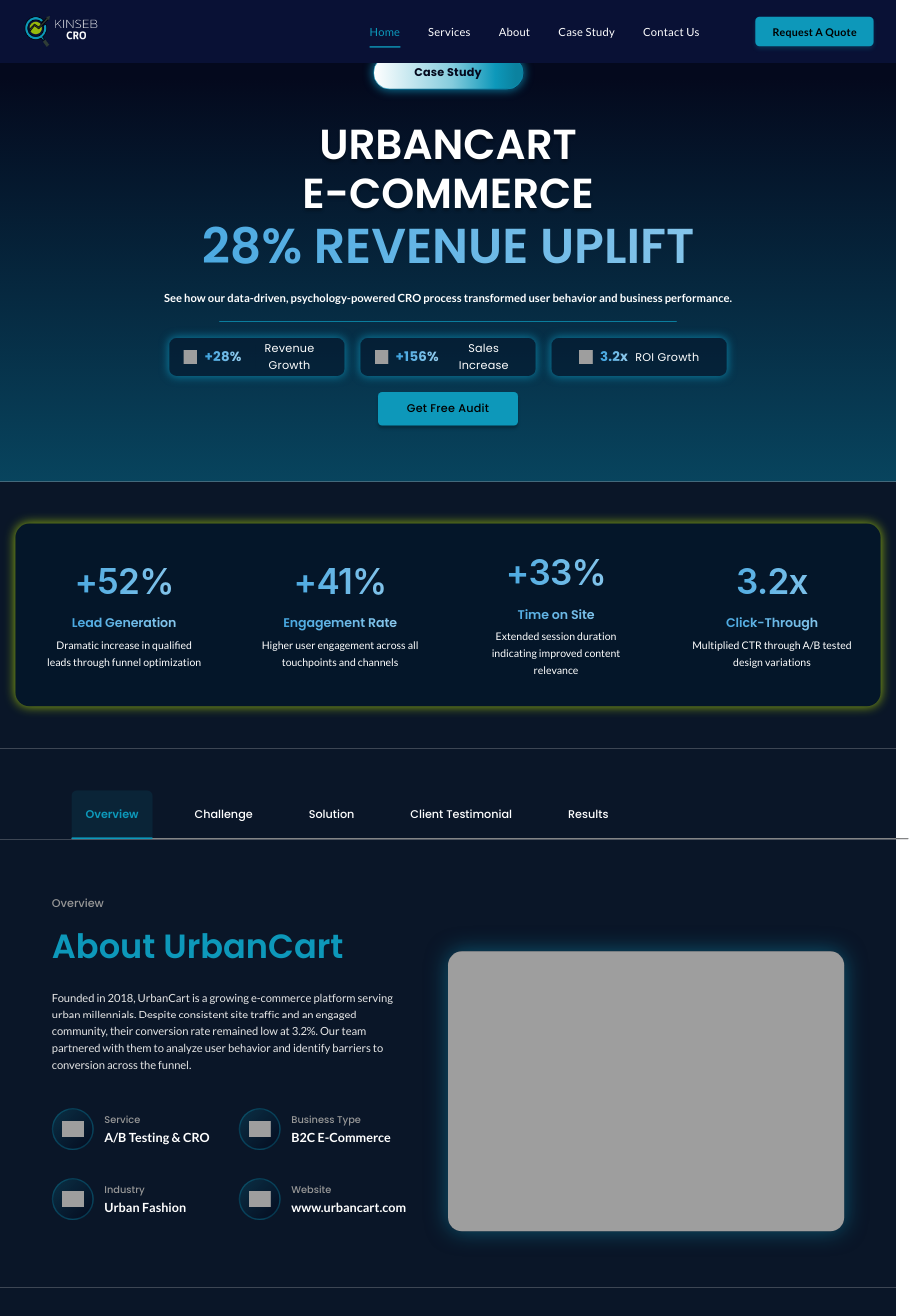
Repository: YahyaK01/kinseb
Page: /case-study/e-commerce-revenue-uplift-through-testing
These files come from the project's save history. The page is drawn as it stood at one moment and after the next save; the edit follows.
The browser window is 1280 px wide. The page is 1298 px wide, so the pictures cover 1298 px, including what lies to the right of the window. The pictures show the part of the page from y = 0 to 1880 px (the page is 8309 px tall before and 8239 px after), at 70% of full size.
Pictures or frames that could not be fetched are drawn as grey boxes. The project was rebuilt for these pictures with package versions that can differ from the ones it lists, and the page was loaded fresh each time. Also part of the build but not shown: src/components/FAQ.js, src/components/CTA.jsx, src/components/MetricsSection.jsx, src/components/WhyCROMatter.jsx, src/components/Processsection.jsx, src/components/Hero.jsx, src/components/marquee.jsx, src/components/CEO.jsx and 27 more.

Above is the page before, as saved 2025-12-12 23:21:47.

### public/index.html
<!DOCTYPE html>
<html lang="en">
  <head>
    <meta charset="utf-8" />
    <link rel="icon" href="/images/website-logo.png" />
    <meta name="viewport" content="width=device-width, initial-scale=1" />
    <meta name="theme-color" content="#000000" />
    <meta
      name="description"
      content="Kinseb CRO - Your trusted partner for Conversion Rate Optimization. We specialize in data-driven CRO strategies, A/B testing, user experience optimization, and conversion funnel analysis to maximize your website's performance and ROI."
    />
    <meta name="keywords" content="conversion rate optimization, CRO services, A/B testing, conversion funnel optimization, user experience optimization, website optimization, Kinseb CRO, landing page optimization, conversion strategy, increase conversions" />
    <meta name="author" content="Kinseb CRO" />
    <meta property="og:title" content="Kinseb CRO - Conversion Rate Optimization Experts" />
    <meta property="og:description" content="Your trusted partner for data-driven Conversion Rate Optimization. We help businesses maximize their website conversions through strategic testing and optimization." />
    <meta property="og:image" content="/images/website-logo.png" />
    <meta property="og:type" content="website" />
    <meta name="twitter:card" content="summary_large_image" />
    <meta name="twitter:title" content="Kinseb CRO - Conversion Rate Optimization Experts" />
    <meta name="twitter:description" content="Your trusted partner for data-driven Conversion Rate Optimization. Turn more visitors into customers with strategic testing and optimization." />
    <meta name="twitter:image" content="/images/logo.png" />
    <link rel="apple-touch-icon" href="/images/logo.png" />

    <!-- Preconnect to Google Fonts (speeds up font loading) -->
    <link rel="preconnect" href="https://fonts.googleapis.com">
    <link rel="preconnect" href="https://fonts.gstatic.com" crossorigin>

    <!-- Async load fonts (non-blocking - won't delay page render) -->
    <link rel="preload" as="style" href="https://fonts.googleapis.com/css2?family=Poppins:wght@300;400;500;600;700&display=swap" onload="this.onload=null;this.rel='stylesheet'">
    <link rel="preload" as="style" href="https://fonts.googleapis.com/css2?family=Lato:wght@100;300;400;700;900&display=swap" onload="this.onload=null;this.rel='stylesheet'">

    <!-- Fallback for browsers without JavaScript -->
    <noscript>
      <link rel="stylesheet" href="https://fonts.googleapis.com/css2?family=Poppins:wght@300;400;500;600;700&display=swap">
      <link rel="stylesheet" href="https://fonts.googleapis.com/css2?family=Lato:wght@100;300;400;700;900&display=swap">
    </noscript>

    <!--
      manifest.json provides metadata used when your web app is installed on a
      user's mobile device or desktop. See https://developers.google.com/web/fundamentals/web-app-manifest/
    -->
    <link rel="manifest" href="%PUBLIC_URL%/manifest.json" />
    <!--
      Notice the use of %PUBLIC_URL% in the tags above.
      It will be replaced with the URL of the `public` folder during the build.
      Only files inside the `public` folder can be referenced from the HTML.

      Unlike "/favicon.ico" or "favicon.ico", "%PUBLIC_URL%/favicon.ico" will
      work correctly both with client-side routing and a non-root public URL.
      Learn how to configure a non-root public URL by running `npm run build`.
    -->
    <title>Kinseb CRO - Conversion Rate Optimization Experts</title>
  </head>
  <body>
    <noscript>You need to enable JavaScript to run this app.</noscript>
    <div id="root"></div>
    <!--
      This HTML file is a template.
      If you open it directly in the browser, you will see an empty page.

      You can add webfonts, meta tags, or analytics to this file.
      The build step will place the bundled scripts into the <body> tag.

      To begin the development, run `npm start` or `yarn start`.
      To create a production bundle, use `npm run build` or `yarn build`.
    -->
  </body>
</html>

### src/components/CaseStudyHero.jsx
// components/CaseStudyHero.jsx
import React, { useState, useEffect, useRef } from 'react';

const CaseStudyHero = ({ slug }) => {
  const [windowWidth, setWindowWidth] = useState(window.innerWidth);
  const [isLoaded, setIsLoaded] = useState(false);
  const heroRef = useRef(null);

  const heroData = {
    'personalization-engine-transforms-user-experience': {
      category: 'Case Study',
      titleLine1: 'PERSONALIZATION ENGINE',
      titleLine2: 'USER EXPERIENCE',
      titleHighlight: '37% CONVERSION RATE',
      subtitle: 'See how our data-driven, psychology-powered CRO process transformed user behavior and business performance.',
      metrics: [
        { value: '+37%', label: 'CVR Increase', icon: 'images/icons/chart-icon.png' },
        { value: '+156%', label: 'Revenue Growth', icon: 'images/icons/chart-icon.png' },
        { value: '2.3x', label: 'User Engagement', icon: 'images/icons/chart-icon.png' }
      ]
    },
    'e-commerce-revenue-uplift-through-testing': {
      category: 'Case Study',
      titleLine1: 'URBANCART',
      titleLine2: 'E-COMMERCE',
      titleHighlight: '28% REVENUE UPLIFT',
      subtitle: 'See how our data-driven, psychology-powered CRO process transformed user behavior and business performance.',
      metrics: [
        { value: '+28%', label: 'Revenue Growth', icon: 'images/icons/chart-icon.png' },
        { value: '+156%', label: 'Sales Increase', icon: 'images/icons/chart-icon.png' },
        { value: '3.2x', label: 'ROI Growth', icon: 'images/icons/chart-icon.png' }
      ]
    },
    'saas-lead-generation-conversion-breakthrough': {
      category: 'Case Study',
      titleLine1: 'SAAS LEAD',
      titleLine2: 'GENERATION',
      titleHighlight: '3X CONVERSION BREAKTHROUGH',
      subtitle: 'See how our data-driven, psychology-powered CRO process transformed user behavior and business performance.',
      metrics: [
        { value: '3x', label: 'Lead Generation', icon: 'images/icons/chart-icon.png' },
        { value: '+214%', label: 'Form Conversion', icon: 'images/icons/chart-icon.png' },
        { value: '-47%', label: 'Cost Per Lead', icon: 'images/icons/chart-icon.png' }
      ]
    },
    'fashion-retailer-cart-abandonment-solution': {
      category: 'Case Study',
      titleLine1: 'FASHION',
      titleLine2: 'RETAILER',
      titleHighlight: 'CART ABANDONMENT SOLUTION',
      subtitle: 'See how our data-driven, psychology-powered CRO process transformed user behavior and business performance.',
      metrics: [
        { value: '-68%', label: 'Cart Abandonment', icon: 'images/icons/chart-icon.png' },
        { value: '+42%', label: 'Checkout Complete', icon: 'images/icons/chart-icon.png' },
        { value: '$2.3M', label: 'Revenue Recovered', icon: 'images/icons/chart-icon.png' }
      ]
    },
    'mobile-app-engagement-revolution': {
      category: 'Case Study',
      titleLine1: 'MOBILE',
      titleLine2: 'APP',
      titleHighlight: 'ENGAGEMENT REVOLUTION',
      subtitle: 'See how our data-driven, psychology-powered CRO process transformed user behavior and business performance.',
      metrics: [
        { value: '2.3x', label: 'User Retention', icon: 'images/icons/chart-icon.png' },
        { value: '+128%', label: '30-Day Retention', icon: 'images/icons/chart-icon.png' },
        { value: '+141%', label: 'Daily Active Users', icon: 'images/icons/chart-icon.png' }
      ]
    },
    'enterprise-pipeline-growth-strategy': {
      category: 'Case Study',
      titleLine1: 'ENTERPRISE',
      titleLine2: 'PIPELINE',
      titleHighlight: '+179% GROWTH STRATEGY',
      subtitle: 'See how our data-driven, psychology-powered CRO process transformed user behavior and business performance.',
      metrics: [
        { value: '+179%', label: 'Pipeline Growth', icon: 'images/icons/chart-icon.png' },
        { value: '-25%', label: 'Sales Cycle', icon: 'images/icons/chart-icon.png' },
        { value: '+35%', label: 'Close Rate', icon: 'images/icons/chart-icon.png' }
      ]
    }
  };

  const data = heroData[slug] || heroData['e-commerce-revenue-uplift-through-testing'];

  useEffect(() => {
    const handleResize = () => {
      setWindowWidth(window.innerWidth);
    };
    window.addEventListener('resize', handleResize);
    return () => window.removeEventListener('resize', handleResize);
  }, []);

  useEffect(() => {
    const observer = new IntersectionObserver(
      (entries) => {
        entries.forEach((entry) => {
          if (entry.isIntersecting) {
            setIsLoaded(true);
          }
        });
      },
      { threshold: 0.1 }
    );

    if (heroRef.current) {
      observer.observe(heroRef.current);
    }

    return () => {
      if (heroRef.current) {
        observer.unobserve(heroRef.current);
      }
    };
  }, []);

  return (
    <div
      ref={heroRef}
      style={{
        width: '100%',
        minHeight: windowWidth <= 768 ? '600px' : '616px',
        background: 'linear-gradient(180deg, #04091D 16.18%, #0D98BA 219.08%)',
        display: 'flex',
        justifyContent: 'center',
        alignItems: 'center',
        padding: windowWidth <= 768 ? '60px 20px' : '80px 40px',
        position: 'relative',
        overflow: 'hidden'
      }}
    >
      {/* Main Content Container */}
      <div style={{
        display: 'flex',
        flexDirection: 'column',
        justifyContent: 'center',
        alignItems: 'center',
        padding: '0px',
        gap: '23px',
        width: '100%',
        maxWidth: '1400px',
        opacity: isLoaded ? 1 : 0,
        transform: isLoaded ? 'translateY(0)' : 'translateY(30px)',
        transition: 'opacity 0.8s ease-out, transform 0.8s ease-out'
      }}
      >
        {/* Case Study Badge - Positioned Lower */}
        <div style={{
          boxSizing: 'border-box',
          display: 'flex',
          justifyContent: 'center',
          alignItems: 'center',
          padding: '10px 24px',
          width: windowWidth <= 768 ? '180px' : '215px',
          height: '48px',
          background: 'linear-gradient(90deg, #FFFFFF 0%, #85CCDD 52.41%, #0D98BA 81.55%, #0B829F 95.26%)',
          border: '1px solid #0D94BB',
          boxShadow: '0px 0px 12px 2px rgba(13, 148, 187, 0.7)',
          borderRadius: '25px',
          cursor: 'default',
          opacity: isLoaded ? 1 : 0,
          transition: 'opacity 0.8s ease-out 0.2s',
          marginBottom: '20px'
        }}>
          <span style={{
            fontFamily: "'Poppins', sans-serif",
            fontWeight: 700,
            fontSize: '16px',
            lineHeight: '24px',
            letterSpacing: '0.02em',
            color: '#04091D'
          }}>
            {data.category}
          </span>
        </div>

        {/* Main Title - TWO Lines */}
        <div style={{
          width: '100%',
          display: 'flex',
          flexDirection: 'column',
          alignItems: 'center',
          gap: '0px',
          opacity: isLoaded ? 1 : 0,
          transition: 'opacity 0.8s ease-out 0.3s'
        }}>
          {/* First Line - White Text */}
          <h1 style={{
            width: '100%',
            fontFamily: "'Poppins', sans-serif",
            fontWeight: 600,
            fontSize: windowWidth <= 768 ? '28px' : windowWidth <= 1024 ? '45px' : '60px',
            lineHeight: windowWidth <= 768 ? '36px' : windowWidth <= 1024 ? '55px' : '70px',
            textAlign: 'center',
            textTransform: 'uppercase',
            color: '#FFFFFF',
            textShadow: '0px 4px 4px rgba(0, 0, 0, 0.25)',
            margin: 0
          }}>
            {data.titleLine1}
          </h1>

          {/* Second Line - White Text */}
          <h1 style={{
            width: '100%',
            fontFamily: "'Poppins', sans-serif",
            fontWeight: 600,
            fontSize: windowWidth <= 768 ? '28px' : windowWidth <= 1024 ? '45px' : '60px',
            lineHeight: windowWidth <= 768 ? '36px' : windowWidth <= 1024 ? '55px' : '70px',
            textAlign: 'center',
            textTransform: 'uppercase',
            color: '#FFFFFF',
            textShadow: '0px 4px 4px rgba(0, 0, 0, 0.25)',
            margin: 0
          }}>
            {data.titleLine2}
          </h1>

          {/* Third Line - Gradient Text */}
          <h2 style={{
            width: '100%',
            fontFamily: "'Poppins', sans-serif",
            fontWeight: 600,
            fontSize: windowWidth <= 768 ? '32px' : windowWidth <= 1024 ? '50px' : '70px',
            lineHeight: windowWidth <= 768 ? '40px' : windowWidth <= 1024 ? '60px' : '80px',
            textAlign: 'center',
            textTransform: 'uppercase',
            background: 'linear-gradient(263.69deg, #FFFFFF -108.11%, #3AA1DE 98.19%)',
            WebkitBackgroundClip: 'text',
            WebkitTextFillColor: 'transparent',
            backgroundClip: 'text',
            textShadow: 'none',
            margin: 0
          }}>
            {data.titleHighlight}
          </h2>
        </div>

        {/* Subtitle */}
        <p style={{
          width: '100%',
          maxWidth: '862px',
          fontFamily: "'Lato', sans-serif",
          fontWeight: 600,
          fontSize: windowWidth <= 768 ? '14px' : '16px',
          lineHeight: '22px',
          textAlign: 'center',
          color: '#FFFFFF',
          margin: 0,
          opacity: isLoaded ? 1 : 0,
          transition: 'opacity 0.8s ease-out 0.4s'
        }}>
          {data.subtitle}
        </p>

        {/* Divider Line */}
        <div style={{
          width: windowWidth <= 768 ? '80%' : '654px',
          height: '1px',
          background: '#0D98BA',
          borderRadius: '10px',
          opacity: isLoaded ? 1 : 0,
          transition: 'opacity 0.8s ease-out 0.5s'
        }} />

        {/* Metrics Cards - Frame 1160445415 */}
        <div style={{
          display: 'flex',
          flexDirection: windowWidth <= 768 ? 'column' : 'row',
          alignItems: 'flex-start',
          padding: '0px',
          gap: '23px',
          width: windowWidth <= 768 ? '100%' : '796px',
          maxWidth: '796px',
          height: windowWidth <= 768 ? 'auto' : '54px'
        }}>
          {data.metrics.map((metric, index) => (
            <div
              key={index}
              style={{
                display: 'flex',
                flexDirection: 'row',
                justifyContent: 'center',
                alignItems: 'center',
                padding: '15px 20px',
                gap: '10px',
                width: windowWidth <= 768 ? '100%' : '250px',
                height: '54px',
                background: 'rgba(4, 9, 29, 0.4)',
                boxShadow: '0px 0px 12px 2px rgba(13, 148, 187, 0.7)',
                borderRadius: '10px',
                opacity: isLoaded ? 1 : 0,
                transform: isLoaded ? 'translateY(0)' : 'translateY(20px)',
                transition: `opacity 0.8s ease-out ${0.6 + index * 0.1}s, transform 0.8s ease-out ${0.6 + index * 0.1}s`
              }}
            >
              {/* Icon and Value Container - Frame 1160445390 */}
              <div style={{
                display: 'flex',
                flexDirection: 'row',
                justifyContent: 'center',
                alignItems: 'center',
                padding: '0px',
                gap: '10px'
              }}>
                {/* Combo Chart Icon */}
                <img
                  src={metric.icon}
                  alt="Chart"
                  style={{
                    width: '20px',
                    height: '20px'
                  }}
                  onError={(e) => {
                    e.currentTarget.style.display = 'none';
                  }}
                />

                {/* Value with Gradient */}
                <span style={{
                  fontFamily: "'Poppins', sans-serif",
                  fontWeight: 700,
                  fontSize: '19px',
                  lineHeight: '28px',
                  display: 'flex',
                  alignItems: 'center',
                  letterSpacing: '0.02em',
                  background: 'linear-gradient(263.69deg, #FFFFFF -108.11%, #3AA1DE 98.19%)',
                  WebkitBackgroundClip: 'text',
                  WebkitTextFillColor: 'transparent',
                  backgroundClip: 'text'
                }}>
                  {metric.value}
                </span>
              </div>

              {/* Label */}
              <span style={{
                fontFamily: "'Poppins', sans-serif",
                fontWeight: 400,
                fontSize: '16px',
                lineHeight: '24px',
                textAlign: 'center',
                letterSpacing: '0.02em',
                color: '#FFFFFF'
              }}>
                {metric.label}
              </span>
            </div>
          ))}
        </div>

        {/* Get Free Audit Button */}
        <button
          onClick={() => window.scrollTo({ top: document.body.scrollHeight, behavior: 'smooth' })}
          style={{
            display: 'flex',
            flexDirection: 'row',
            justifyContent: 'center',
            alignItems: 'center',
            padding: '10px 24px',
            gap: '10px',
            width: windowWidth <= 768 ? '180px' : '200px',
            height: '48px',
            background: '#0D98BA',
            boxShadow: '0px 4px 4px rgba(0, 0, 0, 0.25)',
            borderRadius: '6px',
            border: 'none',
            cursor: 'pointer',
            transition: 'all 0.3s ease',
            opacity: isLoaded ? 1 : 0,
            transform: isLoaded ? 'translateY(0)' : 'translateY(20px)'
          }}
          onMouseEnter={(e) => {
            e.currentTarget.style.background = '#0B7A94';
            e.currentTarget.style.transform = 'translateY(-2px)';
            e.currentTarget.style.boxShadow = '0px 6px 8px rgba(0, 0, 0, 0.3)';
          }}
          onMouseLeave={(e) => {
            e.currentTarget.style.background = '#0D98BA';
            e.currentTarget.style.transform = 'translateY(0)';
            e.currentTarget.style.boxShadow = '0px 4px 4px rgba(0, 0, 0, 0.25)';
          }}
        >
          <span style={{
            fontFamily: "'Poppins', sans-serif",
            fontWeight: 500,
            fontSize: '16px',
            lineHeight: '24px',
            letterSpacing: '0.02em',
            color: '#000000'
          }}>
            Get Free Audit
          </span>
        </button>
      </div>
    </div>
  );
};

export default CaseStudyHero;

Loaded but not shown: src/index.js (common file); src/index.css (common file); src/reportWebVitals.js (common file); src/components/Footer.js (596 lines, source omitted); src/Pages/CaseStudyDetaiPage.js (39 lines, source omitted); src/App.js (29 lines, source omitted); src/utils/slugify.js (17 lines, source omitted); src/components/Navbar.jsx (1589 lines, source omitted); src/components/ContactForm.jsx (880 lines, source omitted); src/components/CaseStudySections/ResultsSection.jsx (231 lines, source omitted); src/components/CaseStudySections/SolutionSection.jsx (437 lines, source omitted); src/components/CaseStudySections/MoreCaseStudies.jsx (508 lines, source omitted); src/components/CaseStudySections/ChallengeSection.jsx (293 lines, source omitted); src/components/CaseStudySections/OverviewSection.jsx (392 lines, source omitted); src/components/CaseStudySections/ImplementationSection.jsx (332 lines, source omitted); src/components/CaseStudyOutcomes.jsx (382 lines, source omitted); src/components/MetricsSection .jsx (384 lines, source omitted); src/components/CaseStudyTabs.jsx (153 lines, source omitted)

After the next save:
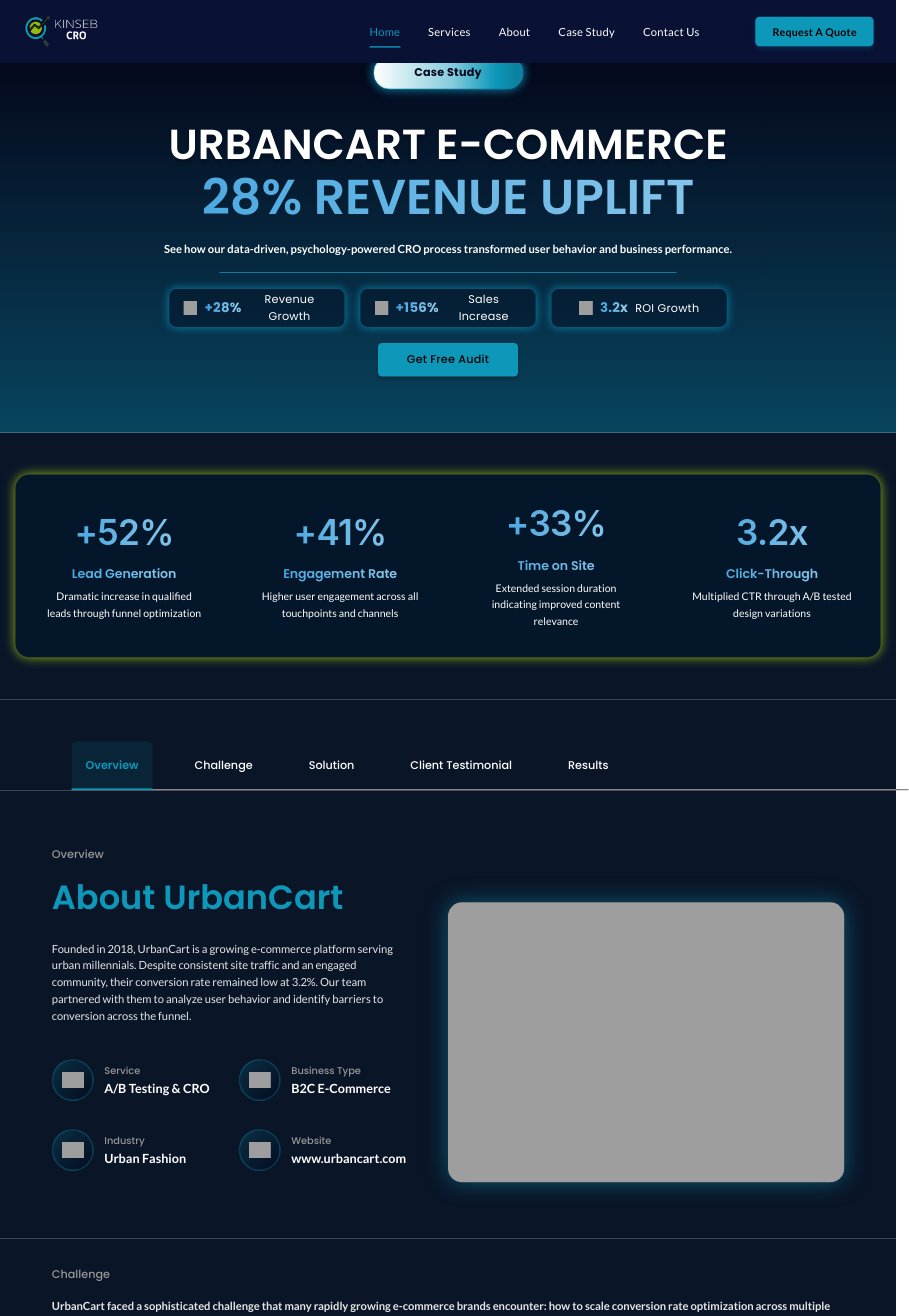
Saved 12 min 20 s later.
--- a/src/components/CaseStudyHero.jsx
+++ b/src/components/CaseStudyHero.jsx
@@ -184,7 +184,7 @@
           opacity: isLoaded ? 1 : 0,
           transition: 'opacity 0.8s ease-out 0.3s'
         }}>
-          {/* First Line - White Text */}
+          {/* First Line - Combined White Text */}
           <h1 style={{
             width: '100%',
             fontFamily: "'Poppins', sans-serif",
@@ -197,26 +197,10 @@
             textShadow: '0px 4px 4px rgba(0, 0, 0, 0.25)',
             margin: 0
           }}>
-            {data.titleLine1}
+            {data.titleLine1} {data.titleLine2}
           </h1>
 
-          {/* Second Line - White Text */}
-          <h1 style={{
-            width: '100%',
-            fontFamily: "'Poppins', sans-serif",
-            fontWeight: 600,
-            fontSize: windowWidth <= 768 ? '28px' : windowWidth <= 1024 ? '45px' : '60px',
-            lineHeight: windowWidth <= 768 ? '36px' : windowWidth <= 1024 ? '55px' : '70px',
-            textAlign: 'center',
-            textTransform: 'uppercase',
-            color: '#FFFFFF',
-            textShadow: '0px 4px 4px rgba(0, 0, 0, 0.25)',
-            margin: 0
-          }}>
-            {data.titleLine2}
-          </h1>
-
-          {/* Third Line - Gradient Text */}
+          {/* Second Line - Gradient Text */}
           <h2 style={{
             width: '100%',
             fontFamily: "'Poppins', sans-serif",
